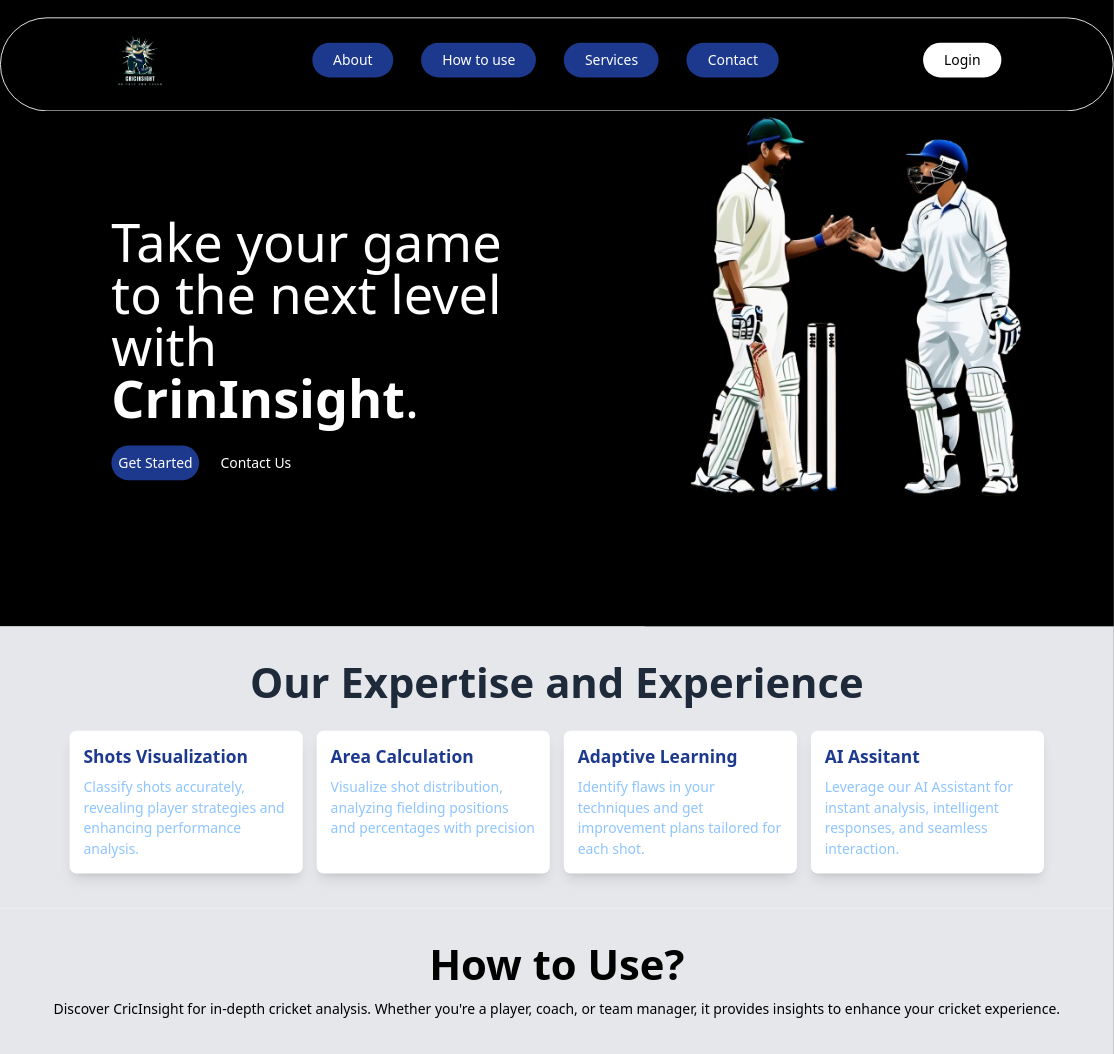
Repository: ahsanfawadaf/cricket
Page: /
An editor plug-in stored every save of this project. The page is shown before and after the next save, followed by the edit.
The browser window is 1280 px wide. The pictures show the whole page, at 87% of full size.
The project was rebuilt for these pictures with package versions that can differ from the ones it lists, and the page was loaded fresh each time. Also part of the build but not shown: vite.config.js.

Above is the page before, as saved 2025-09-17 11:34:33.

### index.html
<!doctype html>
<html lang="en">
  <head>
    <meta charset="UTF-8" />
    <link rel="icon" type="image/svg+xml" href="/cric_logo.png" />
    <meta name="viewport" content="width=device-width, initial-scale=1.0" />
    <title>Cricket Web</title>
  </head>
  <body>
    <div id="root"></div>
    <script type="module" src="/src/main.jsx"></script>
  </body>
</html>

### src/App.jsx
import React from 'react'

import Header from './components/Header'
import Our_experience from './components/Our_experience'
import Howtouse from './components/Howtouse'


const App = () => {
  return (
    <div>
     <Header/>
     <Our_experience/>
     <Howtouse/>



    </div>
  )
}

export default App

### src/components/Header.jsx
import React from 'react'
import Navbar from './Navbar'
import cric_home_img from '../assets/cric_home_img.png'

const Header = () => {
  return (
    <div className='w-full min-h-screen bg-cover bg-black items-center flex overflow-hidden'>
    <Navbar/>
         <div className='flex flex-col mx-auto items-start px-2 md:px-20 lg:px-32'>
             <h1 className='text-md block font-xsm sm:text-6xl text-white gap-2 max-w-6xl inline-block pt-20'>Take your game to  the next level with <span className='text-4xl sm:text-6xl font-bold'>CrinInsight</span>.</h1>
             <div className='flex gap-4 mt-6'>
                 <button className='rounded-full bg-blue-900 text-white px-2 py-2'>Get Started</button>
                 <button className='rounded-full bg-transparent  text-white px-2 py-2'>Contact Us</button>
             </div>
         </div>

         <div className='w-full bg-cover bg-black overflow-hidden min-h-screen'>
                 <img className='h-full pt-28 object-contain' src={cric_home_img} alt="" />
         </div>



    </div>
  )
}

export default Header

### src/components/Our_experience.jsx
import React from 'react'

const Our_experience = () => {
  return (
    <div className='bg-gray-200 py-10'>
          <h2 className='text-center font-bold text-5xl text-gray-800 mb-8'>Our Expertise and Experience</h2>


          <div className='max-w-6xl mx-auto px-4 grid grid-cols-1 md:grid-cols-2 lg:grid-cols-4 gap-4'>

               <div className='bg-white shadow-lg rounded-lg '>
                   <div className='p-4'>
                    <h3 className='text-xl mb-2 text-blue-900 font-semibold '>Shots Visualization</h3>
                    <p className='text-blue-300'>Classify shots accurately, revealing player strategies and enhancing performance analysis.</p>

                   </div>

               </div>
               <div className='bg-white shadow-lg rounded-lg '>
                   <div className='p-4'>
                    <h3 className='text-xl mb-2 text-blue-900 font-semibold '>Area Calculation</h3>
                    <p className='text-blue-300'>Visualize shot distribution, analyzing fielding positions and percentages with precision</p>

                   </div>

               </div>
               <div className='bg-white shadow-lg rounded-lg '>
                   <div className='p-4'>
                    <h3 className='text-xl mb-2 text-blue-900 font-semibold '>Adaptive Learning</h3>
                    <p className='text-blue-300'>Identify flaws in your techniques and get improvement plans tailored for each shot.</p>

                   </div>

               </div>
               <div className='bg-white shadow-lg rounded-lg '>
                   <div className='p-4'>
                    <h3 className='text-xl mb-2 text-blue-900 font-semibold '>AI Assitant</h3>
                    <p className='text-blue-300'>Leverage our AI Assistant for instant analysis, intelligent responses, and seamless interaction.</p>

                   </div>

               </div>







          </div>









    </div>
  )
}

export default Our_experience

### src/components/Howtouse.jsx
import React from 'react'

const Howtouse = () => {

   const cards = [

    {

    }
   ]









































  return (
    <div className='bg-gray-200 py-10'>
        <h2 className='text-5xl text-center font-semibold mb-4 '>How to Use?</h2>
        <p className='px-2 text-center'>Discover CricInsight for in-depth cricket analysis. Whether you're a player, coach, or team manager, it provides insights to enhance your cricket experience.</p>







    </div>
  )
}

export default Howtouse

### src/components/Navbar.jsx
import React from 'react'
import cric_logo from '../assets/cric_logo.png'

const Navbar = () => {
  return (
    <div className='top-0 mt-5 pb-4  left-0 w-full fixed z-99 rounded-full bg-transparent border border-white' style={{height:'15vh'}}  >


        <div className='mx-auto justify-between flex items-center px-4 py-4   md:px-20 lg:px-32'>

         <img src={cric_logo} className='h-full max-h-16 object-contain' alt="" />



         <ul className='hidden md:flex gap-8 text-white '>

             <button className='rounded-full px-6 py-2 bg-blue-900 text-white'>About</button>
             <button className='rounded-full px-6 py-2 bg-blue-900 text-white'>How to use</button>
             <button className='rounded-full px-6 py-2 bg-blue-900 text-white'>Services</button>
             <button className='rounded-full px-6 py-2 bg-blue-900 text-white'>Contact</button>



         </ul>

         <button className='rounded-full hidden md:block px-6 py-2 bg-white'>Login</button>
        </div>



    </div>
  )
}

export default Navbar

Loaded but not shown: src/main.jsx (common file); src/index.css (common file)

After the next save:
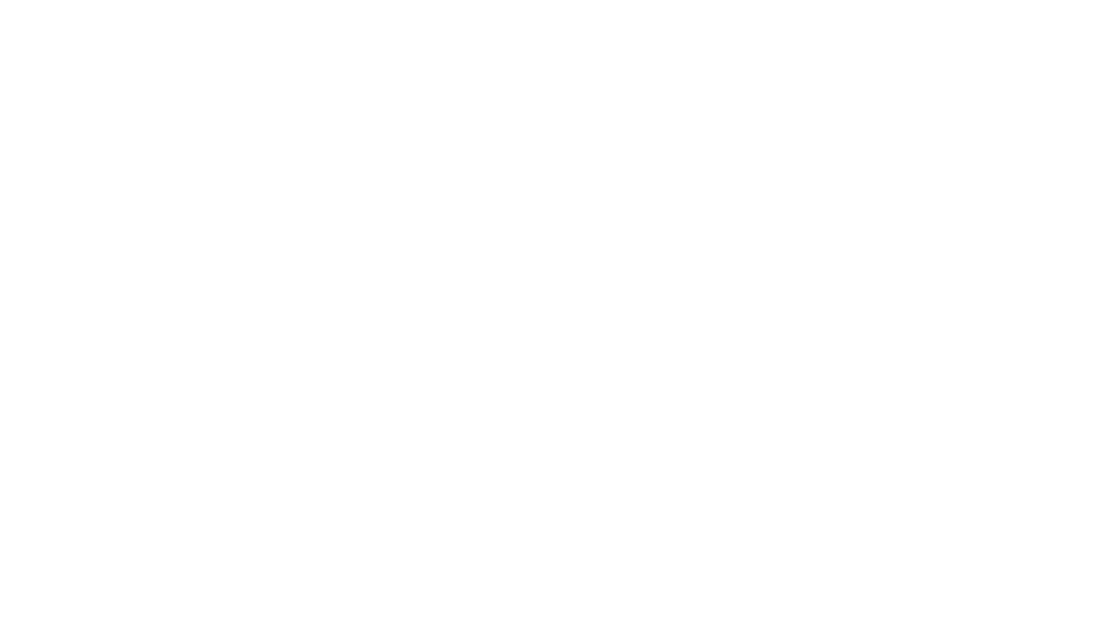
Console error: ReferenceError: id is not defined
Saved 20 s later.
--- a/src/components/Howtouse.jsx
+++ b/src/components/Howtouse.jsx
@@ -5,7 +5,7 @@
    const cards = [
 
     {
-
+      id
     }
    ]
 

After the 2 saves that followed:
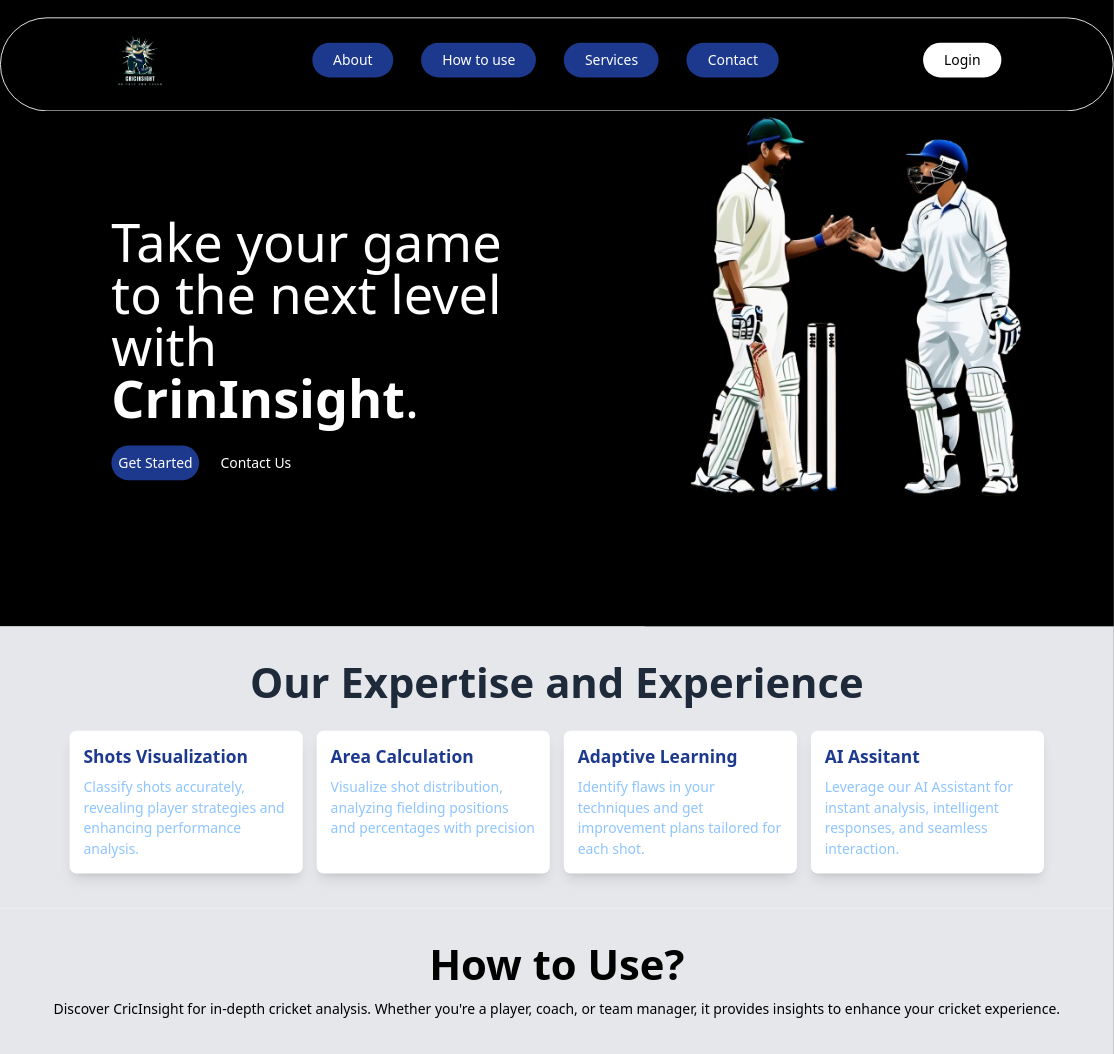
The error is gone.
The 2 saves are shown as one change because they came seconds apart.
The last was saved 14 s later.
--- a/src/components/Howtouse.jsx
+++ b/src/components/Howtouse.jsx
@@ -5,7 +5,7 @@
    const cards = [
 
     {
-      id
+      id:1
     }
    ]
 
